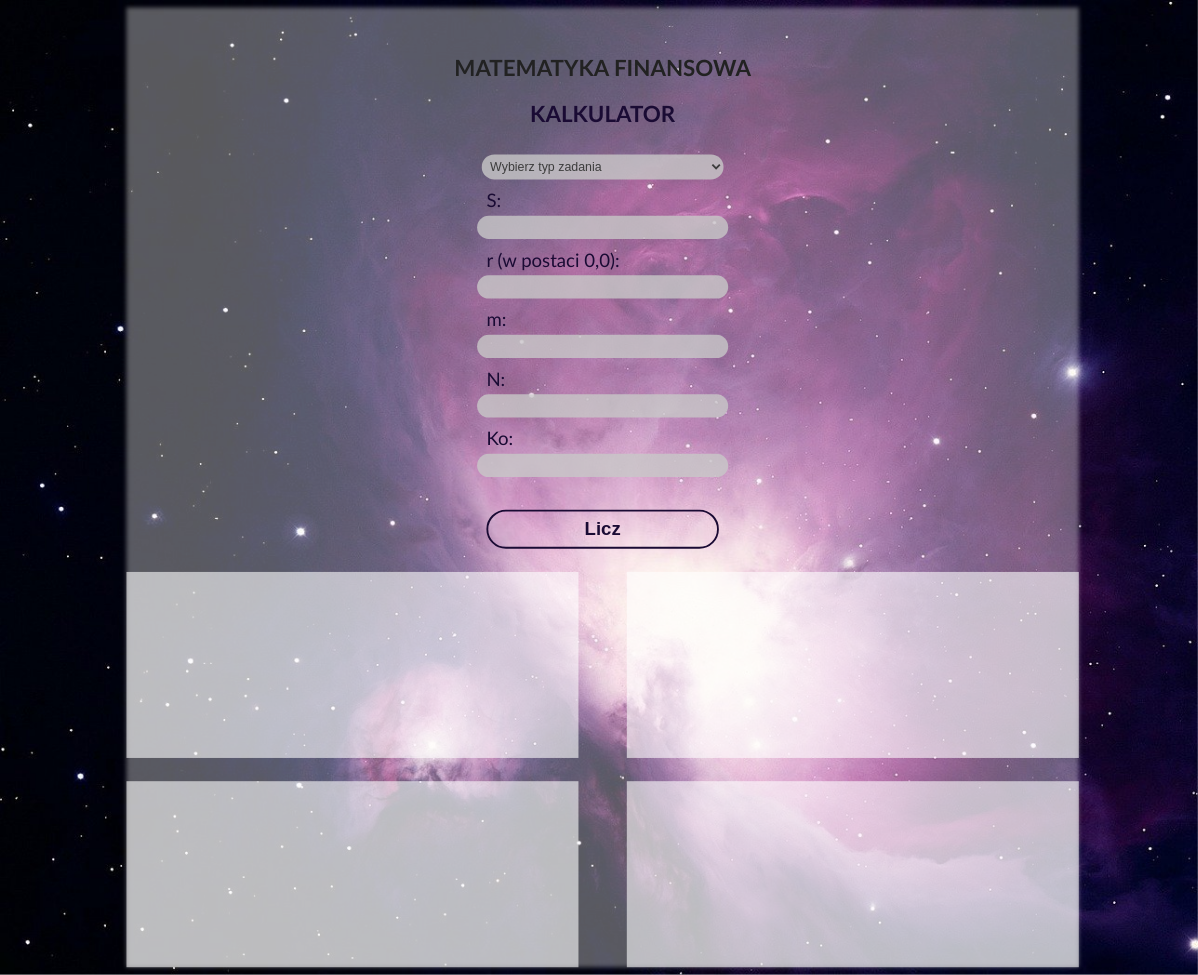
Repository: ravkita/MFCalc
Page: index.html
These files come from the project's save history. The page is drawn as it stood at one moment and after the next save; the edit follows.
The browser window is 1280 px wide. The page is 1288 px wide, so the pictures cover 1288 px, including what lies to the right of the window. The pictures show the whole page, at 93% of full size.

Above is the page before, as saved 2021-04-12 20:13:48.

### index.html
<!DOCTYPE html>
<html lang="en">
<head>
    <meta charset="UTF-8">
    <meta http-equiv="X-UA-Compatible" content="IE=edge">
    <meta name="viewport" content="width=device-width, initial-scale=1.0">
    <title>Kalkulator</title>

    <style type="text/css">
        body{
            font-family: 'Gill Sans', 'Gill Sans MT', Calibri, 'Trebuchet MS', sans-serif;
            background-image: url('bg.jpg');
            width: 100vw;
            overflow-x: hidden;
            display: flex;
            justify-content: center;
            align-items: center;
        }
        .popout{
            width: 80%;
            height: 100%;
            position: relative;
        }
        .popout .bg{
            width: 100%;
            height: 100%;
            background: rgba(255, 255, 255, 0.35);
            filter: blur(2.55px);
            position: absolute;
            top: 0;
            left: 0;
            z-index: -1;
        }
        .header{
            width: 100%;
            display: flex;
            flex-direction: column;
            justify-content: center;
            align-items: center;
        }
        .title{
            color: #222;
            margin-top: 50px;
            margin-bottom: 10px;
        }
        .subtitle{
            margin-top: 10px;
            color: #1A0B34;
        }

        #form{
            display: flex;
            flex-direction: column;
            justify-content: center;
            align-items: center;
        }
        .formItem{
            display: flex;
            justify-content: flex-start;
            align-items: flex-start;
            flex-direction: column;
            margin-top: 10px;
        }
        select, input[type="number"]{
            width: calc(100vh/2 - 100px);
            outline: 0;
            border: 0;
            background: rgba(201, 201, 201, 0.8);
            border-radius: 20px;
            padding: 5px;
            color: #3d3d3d;
        }
        select:focus, input[type="number"]:focus{
            box-shadow: 0 4px 10px rgba(201, 201, 201, 0.35);
        }
        label{
            padding-left: 10px;
            padding-bottom: 5px;
            color: #1A0B34;
            font-size: 20px;
        }
        input[type="button"]{
            margin-top: 35px;
            background: transparent;
            width: 250px;
            border: solid 2px #1A0B34;
            color: #1A0B34;
            border-radius: 30px;
            font-size: 20px;;
            padding: 7.5px 0;
            font-weight: 600;
            outline: none;
            transition: all .3s ease-in;
        }
        input[type="button"]:hover{
            background: #1A0B34;
            color: #fff;
            cursor: pointer;
        }
        .result{
            width: 100%;
            display: flex;
            justify-content: space-between;
            align-items: center;
            flex-flow: row wrap;
        }
        .cell{
            width: 47.5%;
            min-height: 200px;
            background: rgba(255, 255, 255, 0.6);
            margin-top: 25px;
        }
    </style>
</head>
<body>
    <section class="popout">
        <div class="bg"></div>
        <header class="header">
            <h1 class="title">MATEMATYKA FINANSOWA</h1>
        <h2 class="subtitle">KALKULATOR</h2>
        </header>
        <form action="" id="form">
            <div class="formItem">
                <select name="type" id="typ">
                <option default>Wybierz typ zadania</option>
                <option value="1">zmienna rata</option>
                <option value="2">zmienne płatności</option>
                <option value="3">narastanie kapitału</option>
            </select>
            </div>
            <div class="formItem"><label for="S">S:</label> <input type="number" name="S" class="s"></div>
            <div class="formItem"><label for="r">r (w postaci 0,0):</label> <input type="number" name="r" class="r"></div>
            <div class="formItem"><label for="m">m:</label> <input type="number" name="m" class="m"></div>
            <div class="formItem"><label for="N">N:</label> <input type="number" name="N" class="N"></div>
            <div class="formItem"><label for="Ko">Ko:</label> <input type="number" name="Ko" class="Ko"></div>
            <input type="button" name="confirm" id="confirm" value="Licz">
        </form>
        <div class="result">
            <div class="cell cell-1"></div>
            <div class="cell cell-2"></div>
            <div class="cell cell-3"></div>
            <div class="cell cell-4"></div>
        </div>
    </section>
    <script type="text/javascript">
        let s;
        let r;
        let m;
        let N;
        let q;
        let a;
        let Ko;
        let Sn = [];

        // RATY


        function rataStała(){
            const el = document.createElement("p");
            let t = s/(m*N);
            el.innerText = `T: ${t}`;
            document.querySelector('.cell-1').appendChild(el);
        }
        function rataZmienna(){
            let tn = [];
            let sumaTn = 0;
                for(let i = 1; i<=N*m; i++){
                    const el = document.createElement("p");
                    tn[i-1] = s*((Math.pow(q, i) - Math.pow(q, i-1))/(Math.pow(q, m*N) - 1));
                    sumaTn += tn[i-1];
                    el.innerText = `T${i}: ${tn[i-1]}`;
                    document.querySelector('.cell-1').appendChild(el);
                }
                const suma = document.createElement("p");
            suma.innerText = `Suma rat: ${sumaTn}`;
            document.querySelector('.cell-1').appendChild(suma);
        }

        //KWOTA PŁATNOŚCI

        function kwotaPlatnosciStala(){
            const el = document.createElement("p");
            a = s*Math.pow(q, m*N)*((q-1)/(Math.pow(q, m*N)-1));
            el.innerText = `A: ${a}`;
            document.querySelector('.cell-2').appendChild(el);
        }
        function kwotaPlatnosciZmienna(){
            for(let i = 1; i<=N*m; i++){
                const el = document.createElement("p");
                let an = (s/(N*m))*[1+((N*m)-i+1)*(r/m)];
                el.innerText = `A${i}: ${an}`;
                document.querySelector('.cell-2').appendChild(el);
            }
        }

        // ODSETKI
        function odsetkiPrzyStalejRacie(){
            let sumaOs = 0;
            for(let i = 1; i<=N*m; i++){
                const el = document.createElement("p");
                let On = s*[1-((i-1)/(N*m))]*(r/m);
                sumaOs += On;
                el.innerText = `O${i}: ${On}`;
                document.querySelector('.cell-3').appendChild(el);
            }
            const suma = document.createElement("p");
            suma.innerText = `Suma odsetek: ${sumaOs}`;
            document.querySelector('.cell-3').appendChild(suma);
        }

        function odsetkiPrzyStalejKwocie(){
            saldoPrzyStałejKwocie();
            let On
            let sumaO = 0;
            for(let i = 1; i<=N*m; i++){
                const el = document.createElement("p");
                if(i === 1){
                     On = s*(r/m);
                     sumaO += On;
                }else{
                     On = Sn[i-2]*(r/m);
                     sumaO += On;
                }

                el.innerText = `O${i}: ${On}`;
                document.querySelector('.cell-3').appendChild(el);
            }
            const suma = document.createElement("p");
            suma.innerText = `Suma odsetek: ${sumaO}`;
            document.querySelector('.cell-3').appendChild(suma);
        }


        //SALDO
        function saldoPrzyStałejKwocie(){
            kwotaPlatnosciStala();
            for(let i = 1; i<=N*m; i++){
                const el = document.createElement("p");
                Sn[i-1] = s*(Math.pow((1+(r/m)), i)) - a*((Math.pow((1+(r/m)), i)-1)/((1+(r/m))-1));
                el.innerText = `S${i}: ${Sn[i-1]}`;
                document.querySelector('.cell-4').appendChild(el);
            }
        }

        function saldoPrzyStałejRacie(){
            for(let i = 1; i<=N*m; i++){
                const el = document.createElement("p");
                let SnS = s*(1-(i/(N*m)));
                el.innerText = `S${i}: ${SnS}`;
                document.querySelector('.cell-4').appendChild(el);
            }
        }


        //NARASTANIE KAPITAŁU

        function narastanieKapitału(){
            for(let i = 1; i<=N; i++){
                const el = document.createElement("p");
                let Kn = Ko*(Math.pow((1+(r/m)), i*m));
                el.innerText = `K${i}: ${Kn}`;
                document.querySelector('.cell-1').appendChild(el);
            }
        }



        function getData(){
            document.getElementById('confirm').addEventListener('click', (e) =>{
                s = document.querySelector('.s').value;
                r = document.querySelector('.r').value;
                m = document.querySelector('.m').value;
                N = document.querySelector('.N').value;
                Ko = document.querySelector('.Ko').value;
                q = 1+(r/m);
                let type = document.querySelector('#typ').value;
                document.querySelector('.result').innerHTML="";

                switch (type){
                    case "1":
                    rataZmienna();
                    kwotaPlatnosciStala();
                    odsetkiPrzyStalejKwocie()
                    break;
                    case "2":
                    rataStała();
                    kwotaPlatnosciZmienna();
                    odsetkiPrzyStalejRacie();
                    saldoPrzyStałejRacie();
                    break;
                    case "3":
                    narastanieKapitału();
                }
            });
        }
        getData();
    </script>
</body>
</html>

After the next save:
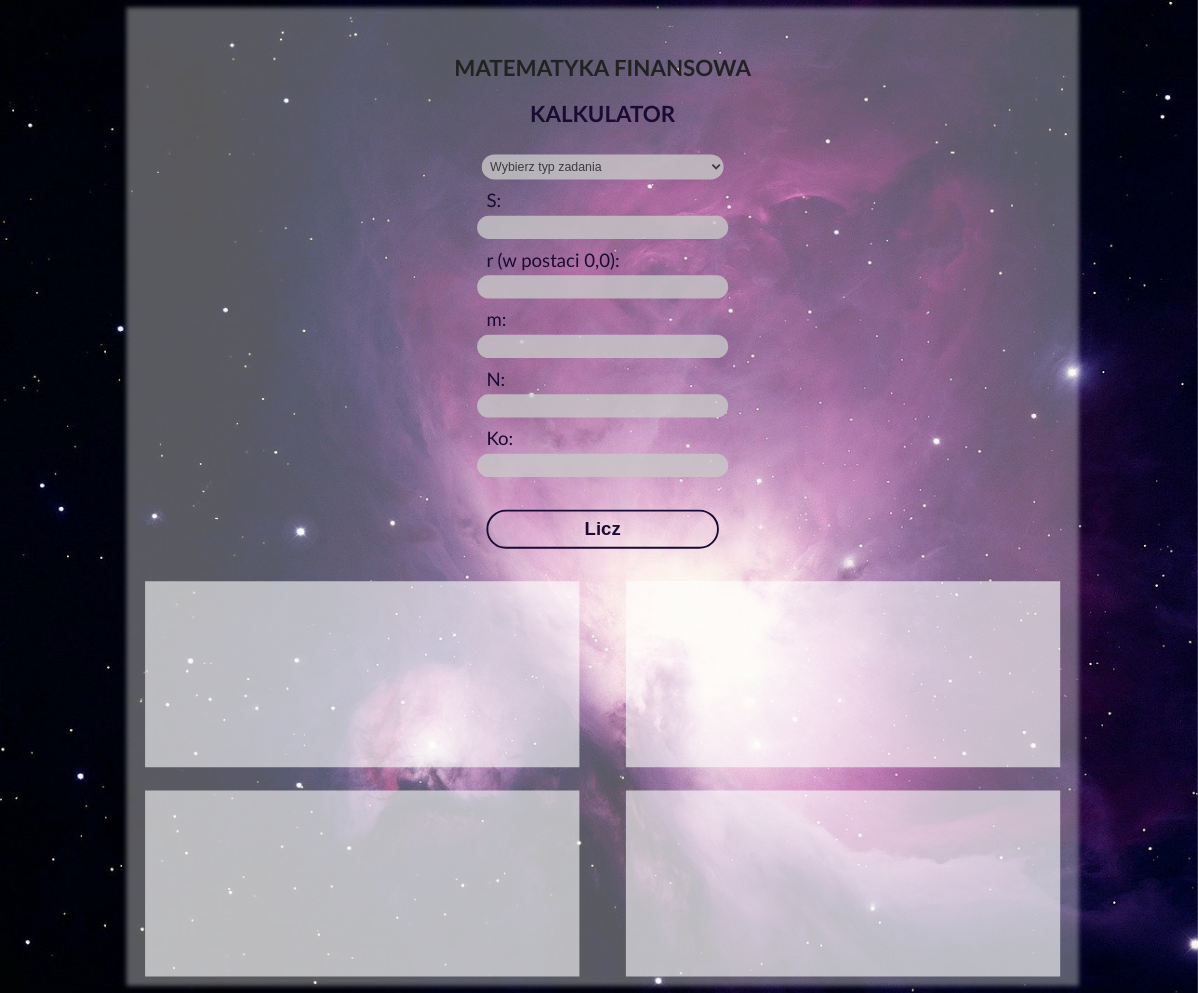
Saved 38 s later.
--- a/index.html
+++ b/index.html
@@ -103,6 +103,8 @@
             justify-content: space-between;
             align-items: center;
             flex-flow: row wrap;
+            padding: 10px 20px;
+            box-sizing: border-box;
         }
         .cell{
             width: 47.5%;
